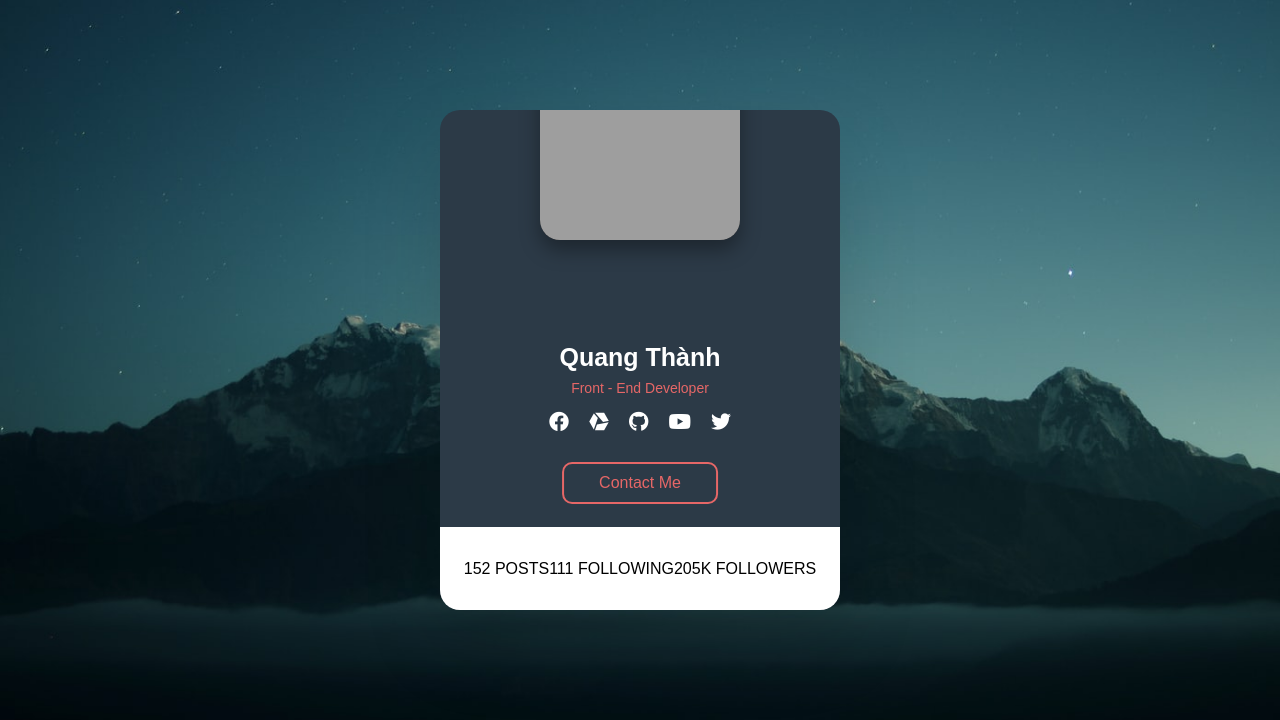
Repository: QuangThanh152/Profile-me
Page: index.html
An editor plug-in stored every save of this project. The page is shown before and after the next save, followed by the edit.
The browser window is 1280 px wide. The pictures show the whole page.
Pictures or frames that could not be fetched are drawn as grey boxes.

Above is the page before, as saved 2022-10-07 16:04:07.

After the next save:
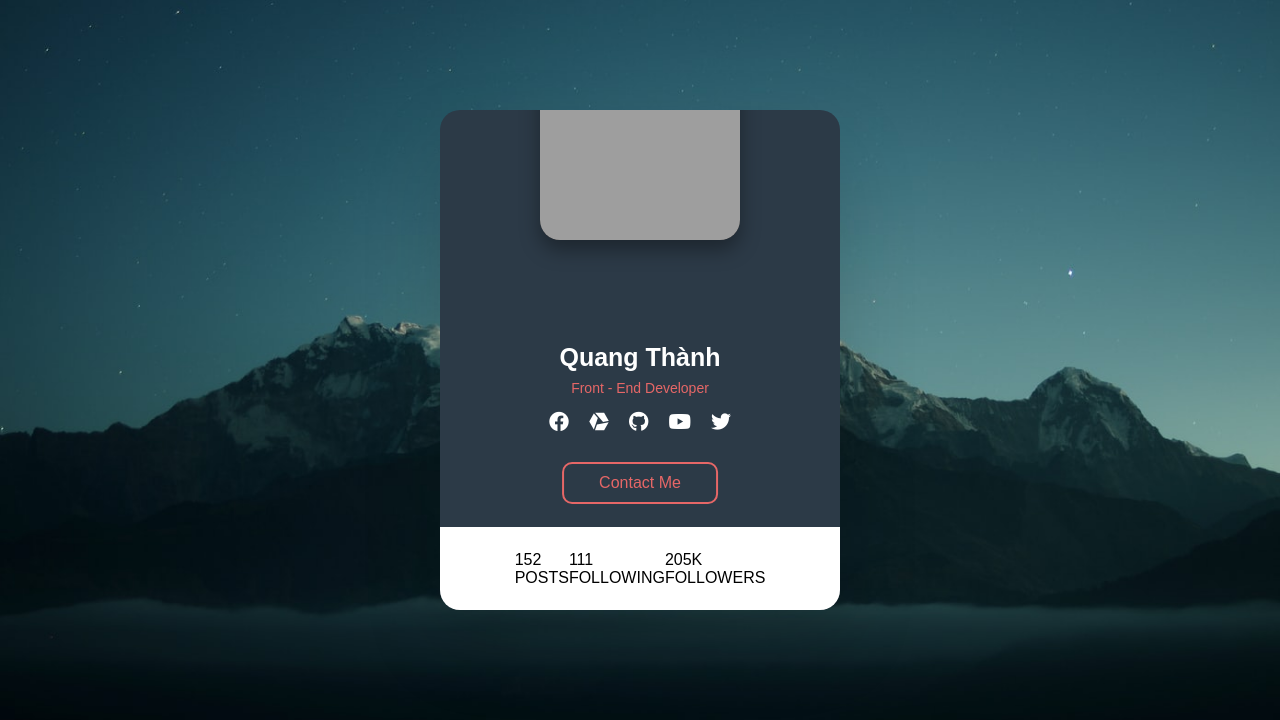
Saved 18 s later.
--- a/accets/main.css
+++ b/accets/main.css
@@ -119,3 +119,6 @@ body {
     flex: 1;
     text-transform: uppercase;
 }
+.item span {
+    display: block;
+}
